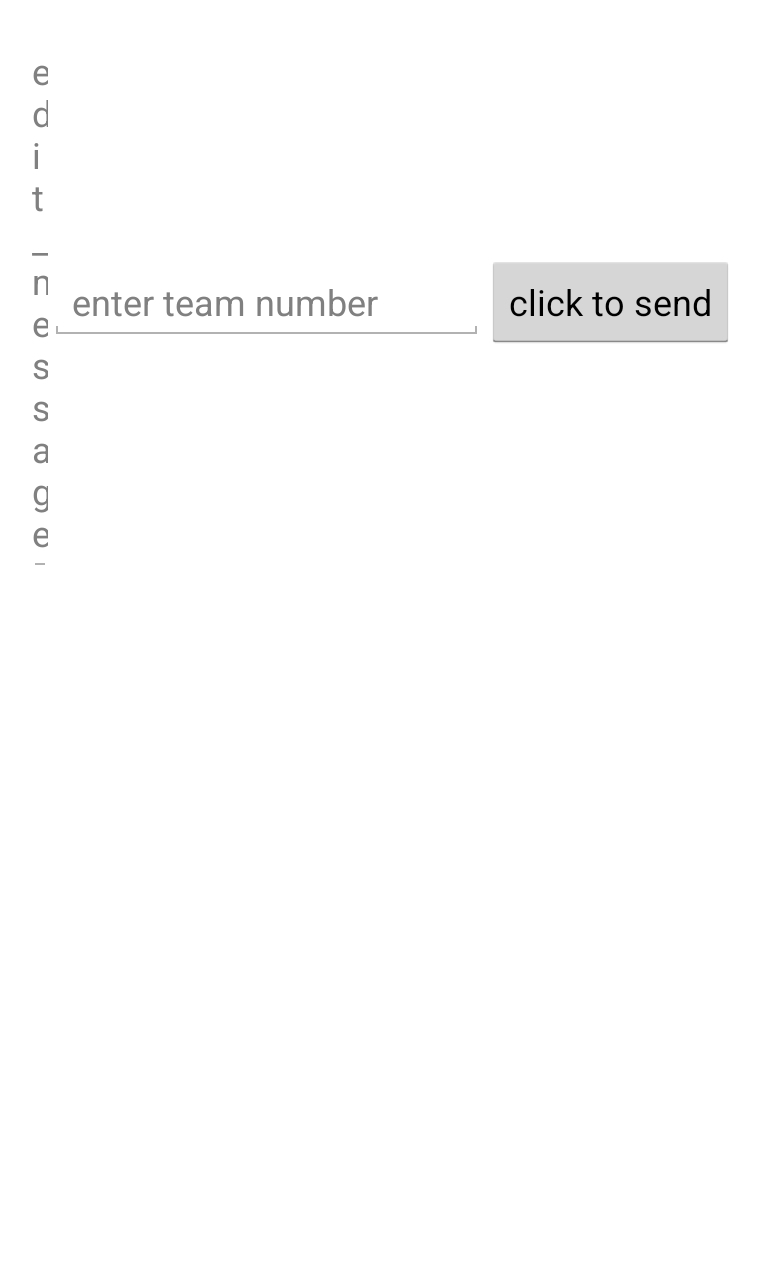
Repository: lmrobotics/linn-mar-robotics
Layout: 2013_14/Android/raflood/workspace/FTCScout/res/layout/activity_main.xml
These files come from the project's save history. The layout is drawn as it stood at one moment and after the next save; the edit follows.
It is drawn on a 768 x 1280 px phone screen (xhdpi) without system bars, with theme AppTheme; the app's code is not run.

Above is the layout before, as saved 2013-10-17 21:50:07.

After the next save:
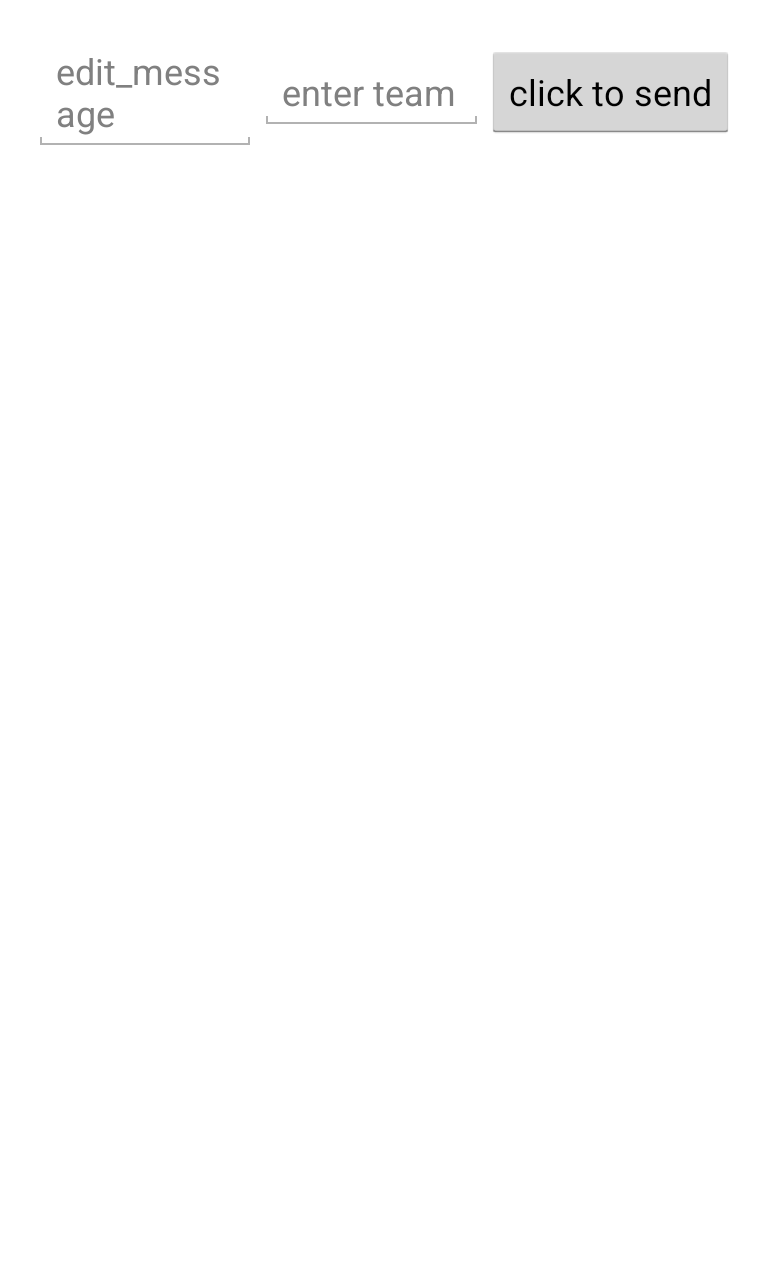
Saved 81 s later.
--- a/2013_14/Android/raflood/workspace/FTCScout/res/layout/activity_main.xml
+++ b/2013_14/Android/raflood/workspace/FTCScout/res/layout/activity_main.xml
@@ -17,9 +17,9 @@
 
     <EditText
         android:id="@+id/editText1"
-        android:layout_width="wrap_content"
+        android:layout_weight="1"
+        android:layout_width="0dp"
         android:layout_height="wrap_content"
-        android:layout_weight="1"
         android:ems="10"
         android:hint="@string/team_prompt"
         android:inputType="numberDecimal" />
